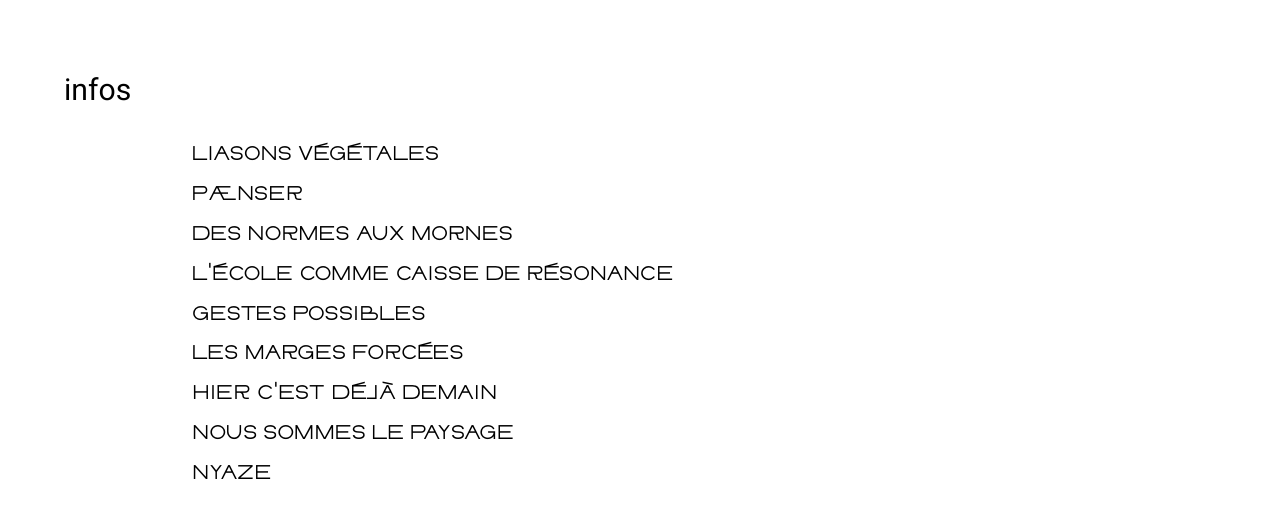
Repository: brunrhb/oce-p
Page: index.html
These files come from the project's save history. The page is drawn as it stood at one moment and after the next save; the edit follows.
The browser window is 1280 px wide. The pictures show the whole page.

Above is the page before, as saved 2026-02-13 15:55:44.
Console error: ReferenceError: grid is not defined

After the next save:
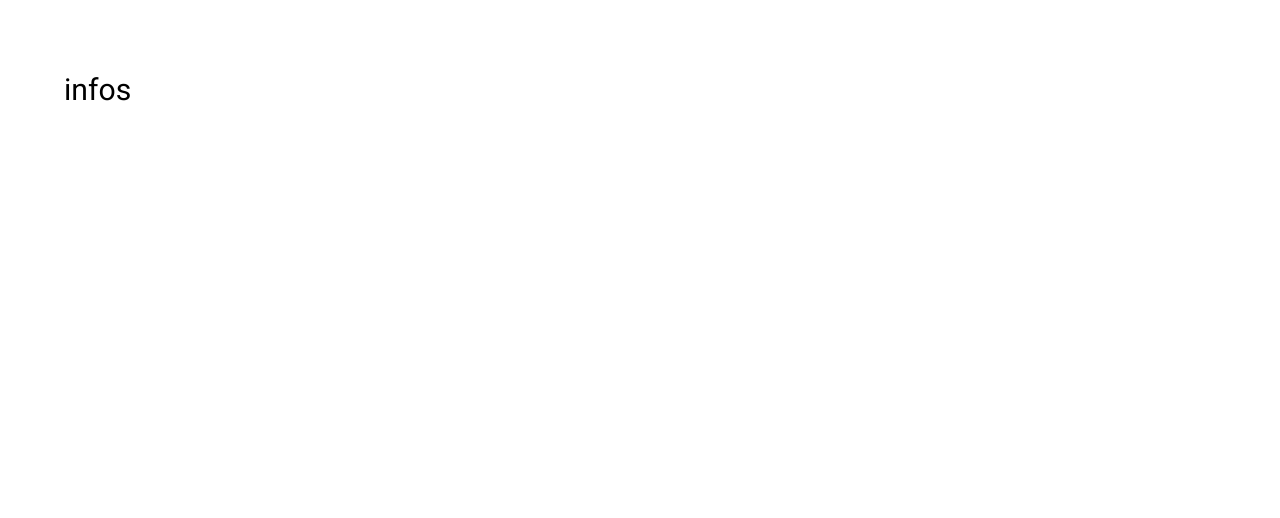
Saved 3 min 9 s later.
--- a/index.html
+++ b/index.html
@@ -54,7 +54,7 @@
            <img src="media/p9.jpg">
         </div>
       <div class="text-block-p0 info-contact" data-content="intro-text-2"> </div>
-      <div class="text-block-p0 info-credit" > Typographie : DINdong par Clara Sambot (Bye Bye Binary) </div>
+      <div class="text-block-p0 info-credit" data-content="intro-credit > Typographie : DINdong par Clara Sambot (Bye Bye Binary) </div>
     </div>
   </div>
 </section>

After the save that followed:
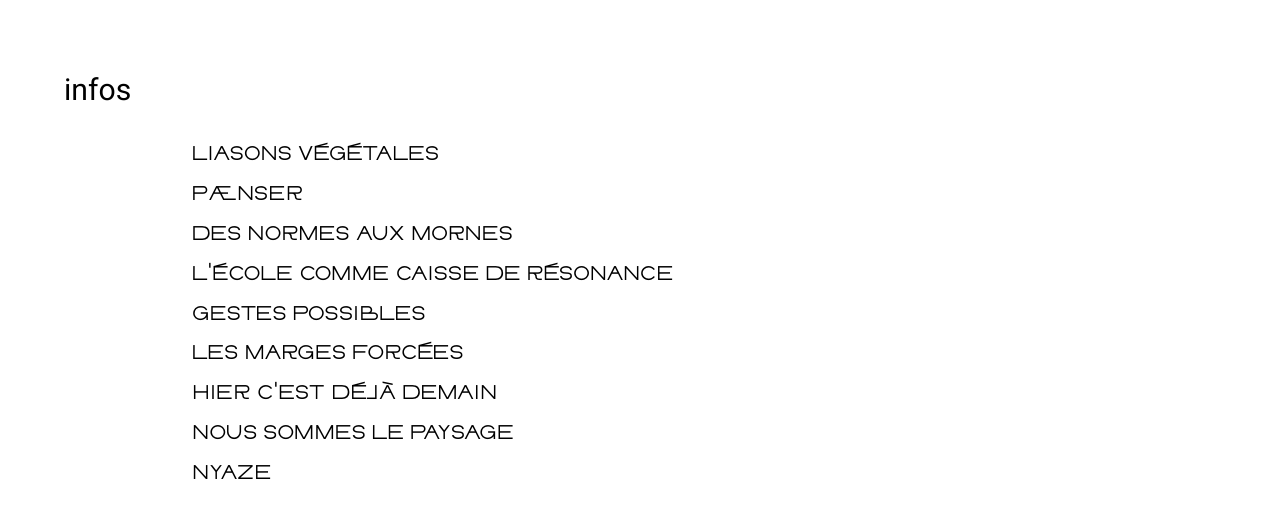
Saved 18 s later.
--- a/index.html
+++ b/index.html
@@ -54,7 +54,7 @@
            <img src="media/p9.jpg">
         </div>
       <div class="text-block-p0 info-contact" data-content="intro-text-2"> </div>
-      <div class="text-block-p0 info-credit" data-content="intro-credit > Typographie : DINdong par Clara Sambot (Bye Bye Binary) </div>
+      <div class="text-block-p0 info-credit" data-content="intro-tcredit" > Typographie : DINdong par Clara Sambot (Bye Bye Binary) </div>
     </div>
   </div>
 </section>
